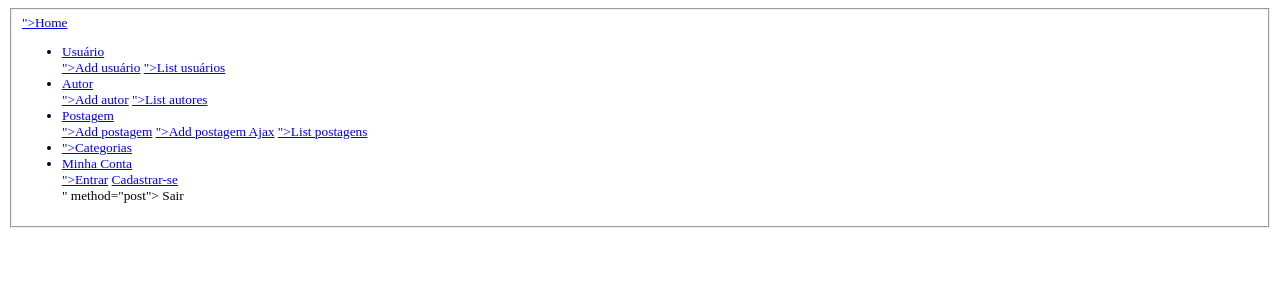
Repository: f4br1c10/Curso-Spring-Devmedia
Page: http://localhost/blog/WEB-INF/views/menu.jsp
The author's editor kept a copy of each file at every save. The page is drawn from the files as they stood at one save, then again after the next save.
The browser window is 1280 px wide. The pictures show the whole page.
The page is served by Tomcat 9. Nobody is signed in. The template is opened directly, without the code that normally fills it, so the values that code supplies are empty.

Above is the page before, as saved 2019-07-09 14:20:24.

After the next save:
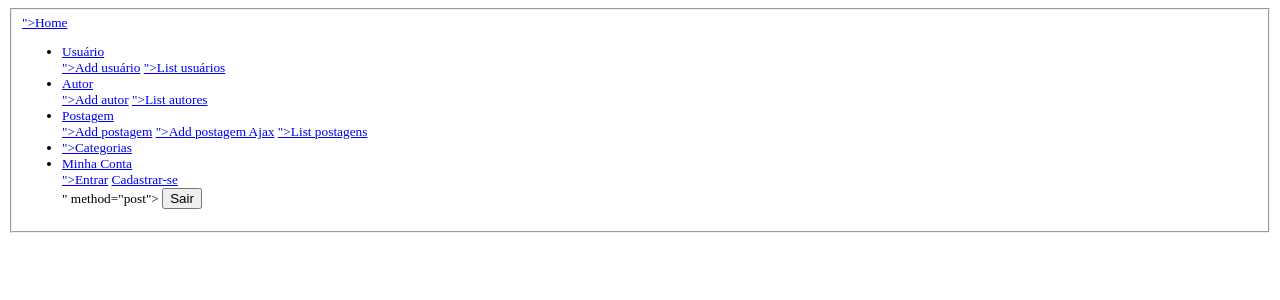
Saved 22 s later.
--- a/blog/src/main/webapp/WEB-INF/views/menu.jsp
+++ b/blog/src/main/webapp/WEB-INF/views/menu.jsp
@@ -44,7 +44,7 @@
 						<a class="dropdown-item" href="#"/>Cadastrar-se</a>
 						<form action="<c:url value="/logout"/>" method="post">
 						    <security:csrfInput/>
-							<a type="submit">Sair</a>
+							<button type="submit">Sair</button>
 						</form>
 					</div>
 				</li>
